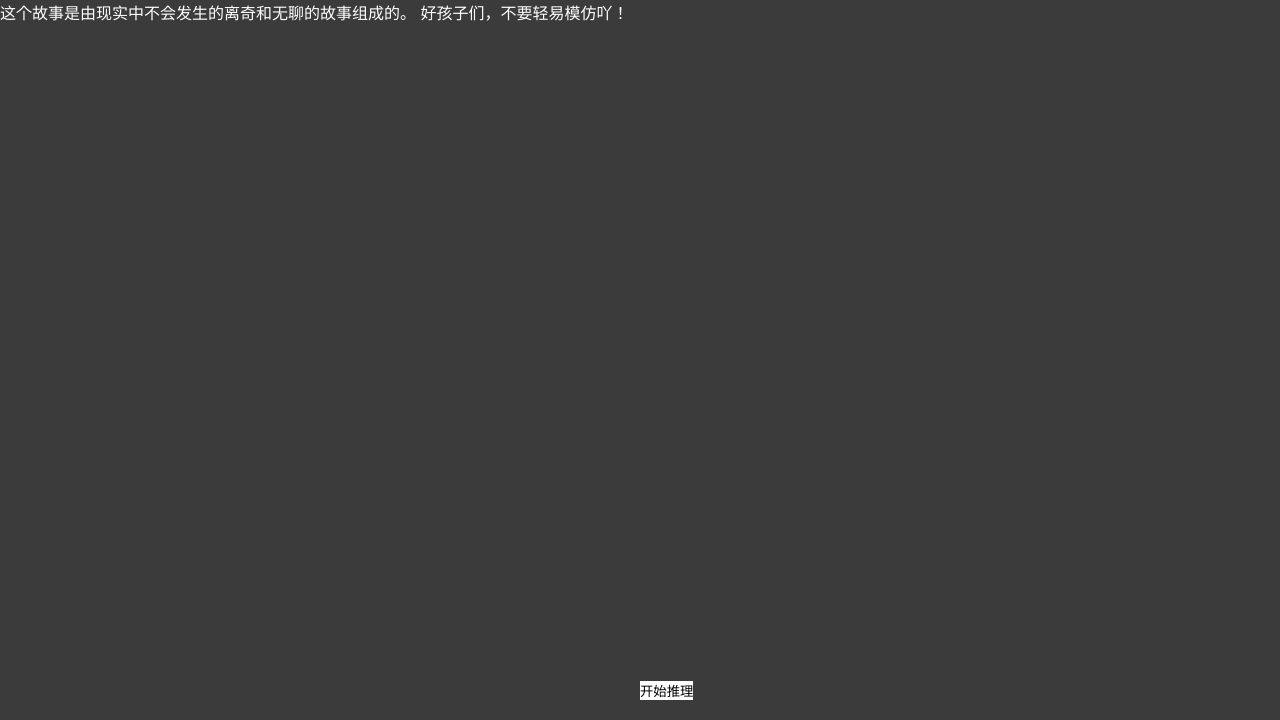
Repository: Jofali/reasoning-genius
Page: /
An editor plug-in stored every save of this project. The page is shown before and after the next save, followed by the edit.
The browser window is 1280 px wide. The pictures show the whole page.
The project was rebuilt for these pictures with package versions that can differ from the ones it lists, and the page was loaded fresh each time. Also part of the build but not shown: src/part1/part1.css, src/part1/part1.js, src/part2/part2.css, src/part2/part2.js, src/title/title.css, src/title/title.js, src/inventory/inventory.css, src/inventory/inventory.js and 2 more.

Above is the page before, as saved 2019-05-22 17:34:04.

After the next save:
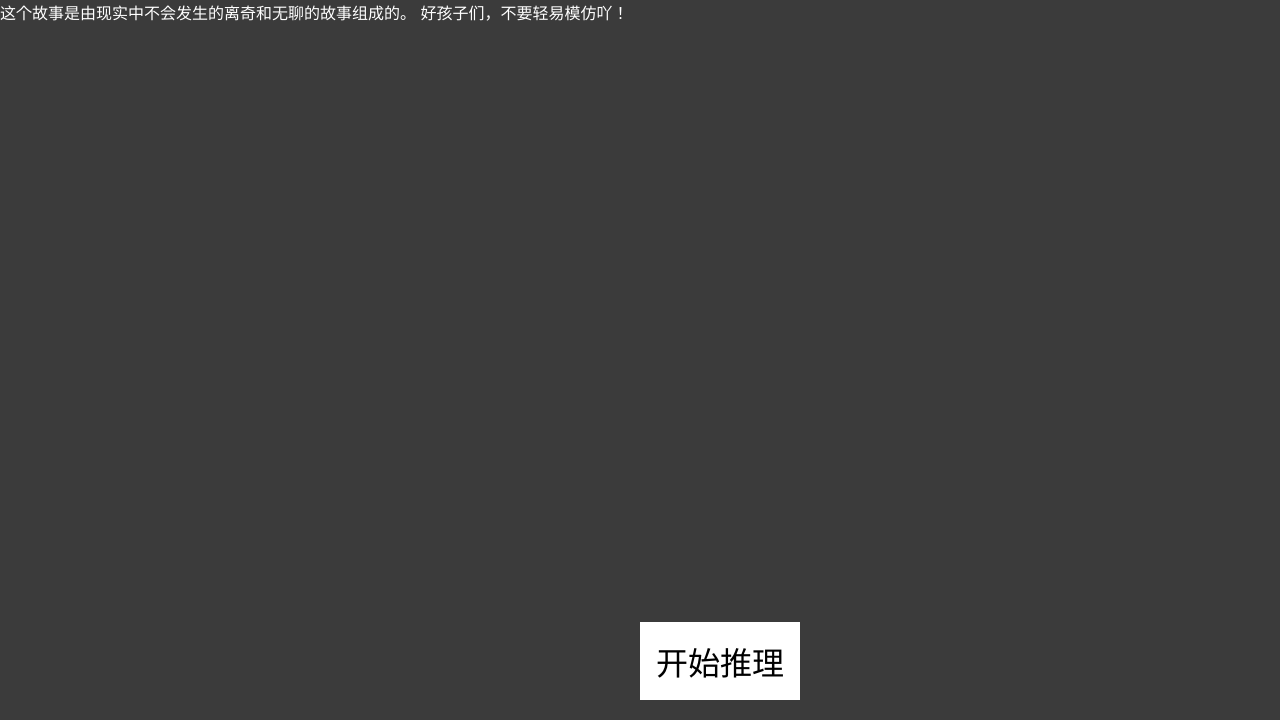
Saved 10 s later.
--- a/src/App.css
+++ b/src/App.css
@@ -15,4 +15,6 @@
   left: 50%;
   background: #fff;
   border: none;
+  padding: 1rem;
+  font-size: 2rem;
 }
